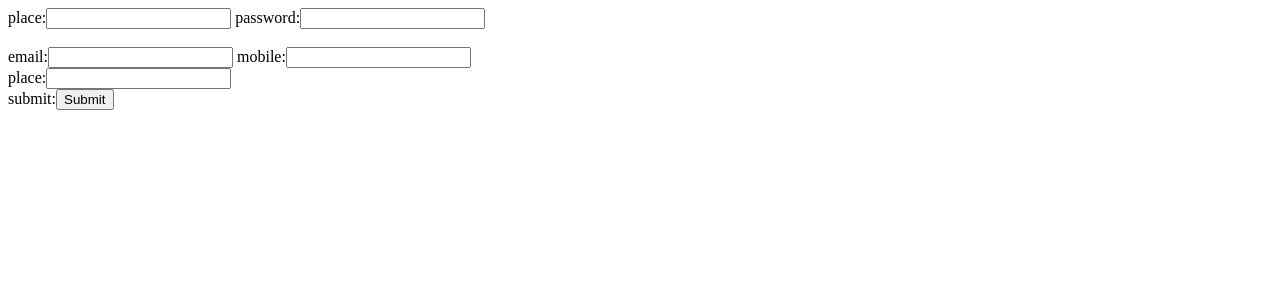
Repository: viveknaidu007/repo-113-HTML
Page: 9.html
These files come from the project's save history. The page is drawn as it stood at one moment and after the next save; the edit follows.
The browser window is 1280 px wide. The pictures show the whole page.

Above is the page before, as saved 2024-06-14 22:30:57.

### 9.html
<!DOCTYPE html>
<html>
    <head>
        <title> forms demo</title>
    </head>

    <body>
        <form action="response.html">
            place:<input type="text">
            password:<input type="password"> <br> <br>
            email:<input type="email">
            mobile:<input type="tel"> <br>
            place:<input type="number"> <br>
            submit:<input type="submit">
        </form>
    </body>
</html>

After the next save:
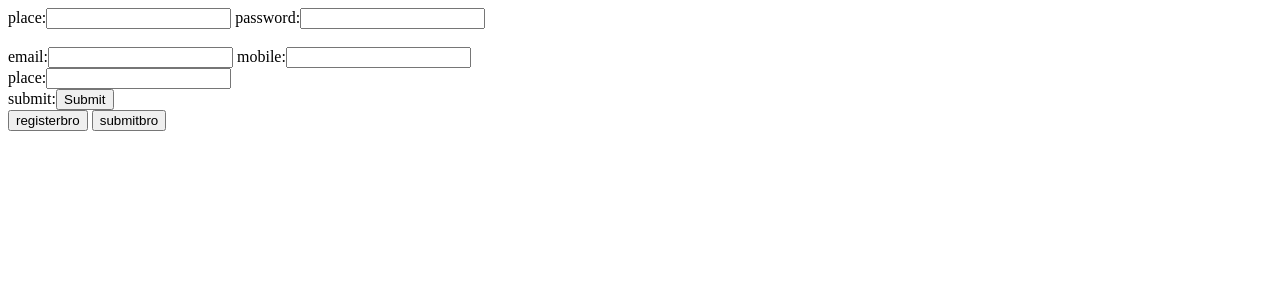
Saved 6 min 42 s later.
--- a/9.html
+++ b/9.html
@@ -11,7 +11,15 @@
             email:<input type="email">
             mobile:<input type="tel"> <br>
             place:<input type="number"> <br>
-            submit:<input type="submit">
+            submit:<input type="submit"> <br>
+            <input type="submit" value="registerbro">
+            <input type="submit" value="submitbro">
+
+
+
+
+
+
         </form>
     </body>
 </html>
